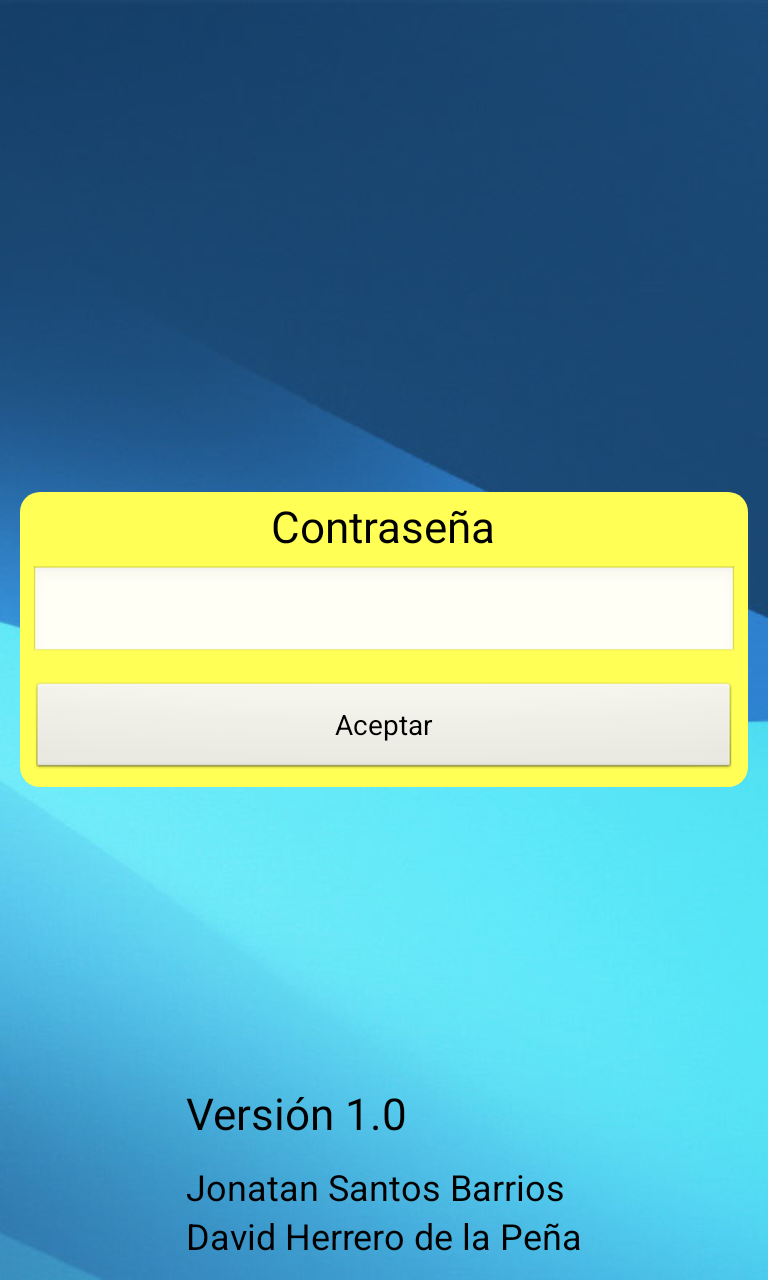
Repository: jonatansantos/Android-Server-Status
Layout: desarrollo/Principal/res/layout/login.xml
The author's editor kept a copy of each file at every save. The layout is drawn from the files as they stood at one save, then again after the next save.
It is drawn on a 768 x 1280 px phone screen (xhdpi) without system bars, with theme android:Theme.Light.NoTitleBar; the app's code is not run.

Above is the layout before, as saved 2012-06-13 11:59:59.

After the next save:
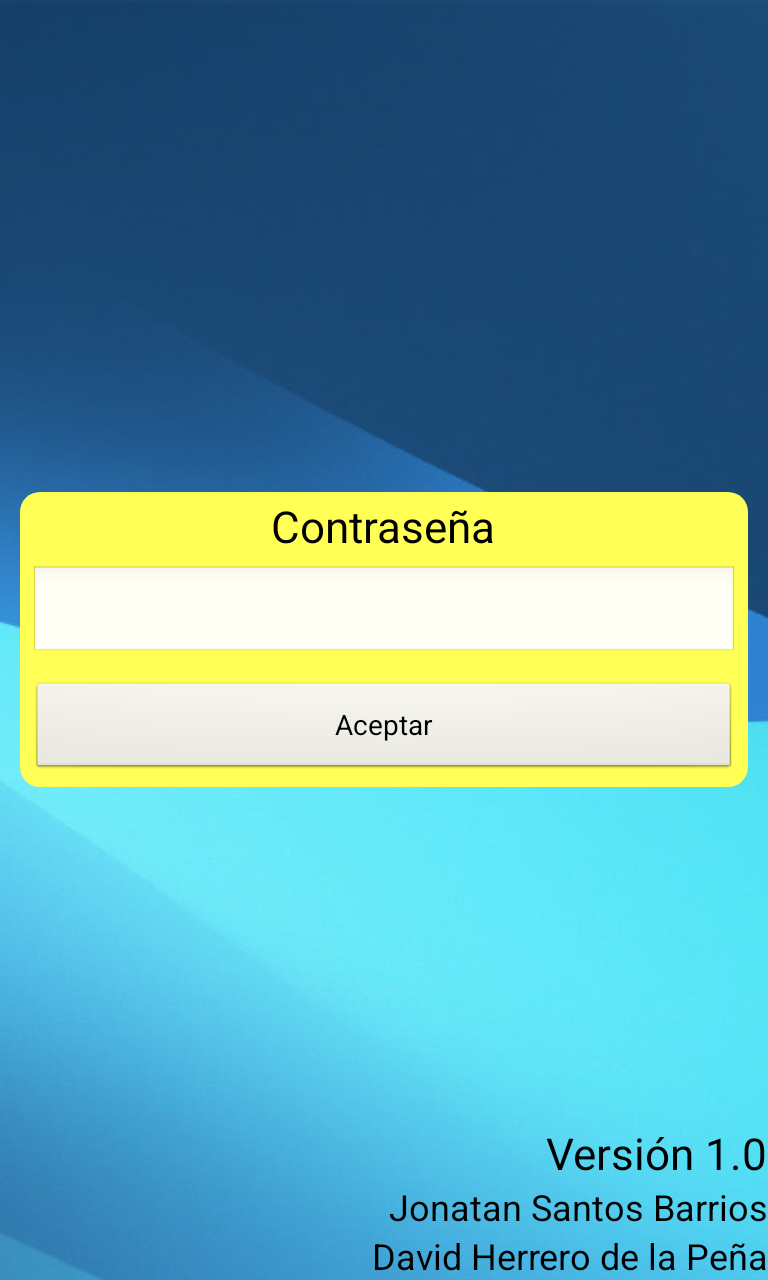
Saved 58 s later.
--- a/desarrollo/Principal/res/layout/login.xml
+++ b/desarrollo/Principal/res/layout/login.xml
@@ -1,14 +1,10 @@
 <?xml version="1.0" encoding="utf-8"?>
 <RelativeLayout xmlns:android="http://schemas.android.com/apk/res/android"
-    android:background="@drawable/fondo"
     android:id="@+id/RelativeLayout1"
     android:layout_width="match_parent"
     android:layout_height="match_parent"
+    android:background="@drawable/fondo"
     android:orientation="vertical" >
-
-
-
-
 
     <LinearLayout
         android:id="@+id/linear1"
@@ -20,11 +16,6 @@
         android:background="@drawable/borde"
         android:orientation="vertical" >
 
-
-
-
-
-
         <TextView
             android:id="@+id/textView1"
             android:layout_width="wrap_content"
@@ -35,17 +26,12 @@
             android:text="@string/pass"
             android:textAppearance="?android:attr/textAppearanceLarge" />
 
-
-
         <EditText
             android:id="@+id/et_login_pass"
             android:layout_width="match_parent"
             android:layout_height="wrap_content"
             android:layout_margin="5dp"
             android:ems="10" />
-
-
-
 
         <LinearLayout
             android:id="@+id/linear2"
@@ -54,12 +40,6 @@
             android:layout_weight="2"
             android:weightSum="2" >
 
-
-
-
-
-
-
             <Button
                 android:id="@+id/bt_login_ok"
                 android:layout_width="match_parent"
@@ -67,42 +47,33 @@
                 android:layout_margin="5dp"
                 android:layout_weight="1"
                 android:text="@string/aceptar" />
-
         </LinearLayout>
-
     </LinearLayout>
-
-
 
     <TextView
         android:id="@+id/textView2"
         android:layout_width="wrap_content"
         android:layout_height="wrap_content"
         android:layout_alignParentBottom="true"
-        android:layout_centerHorizontal="true"
-        android:layout_marginBottom="10dp"
+        android:layout_alignParentRight="true"
         android:text="@string/david"
         android:textAppearance="?android:attr/textAppearanceMedium" />
-
 
     <TextView
         android:id="@+id/textView3"
         android:layout_width="wrap_content"
         android:layout_height="wrap_content"
         android:layout_above="@+id/textView2"
-        android:layout_alignLeft="@+id/textView2"
+        android:layout_alignParentRight="true"
         android:text="@string/jonatan"
         android:textAppearance="?android:attr/textAppearanceMedium" />
-
-
 
     <TextView
         android:id="@+id/textView4"
         android:layout_width="wrap_content"
         android:layout_height="wrap_content"
         android:layout_above="@+id/textView3"
-        android:layout_alignLeft="@+id/textView3"
-        android:layout_marginBottom="10dp"
+        android:layout_alignParentRight="true"
         android:text="@string/version"
         android:textAppearance="?android:attr/textAppearanceLarge" />
 
